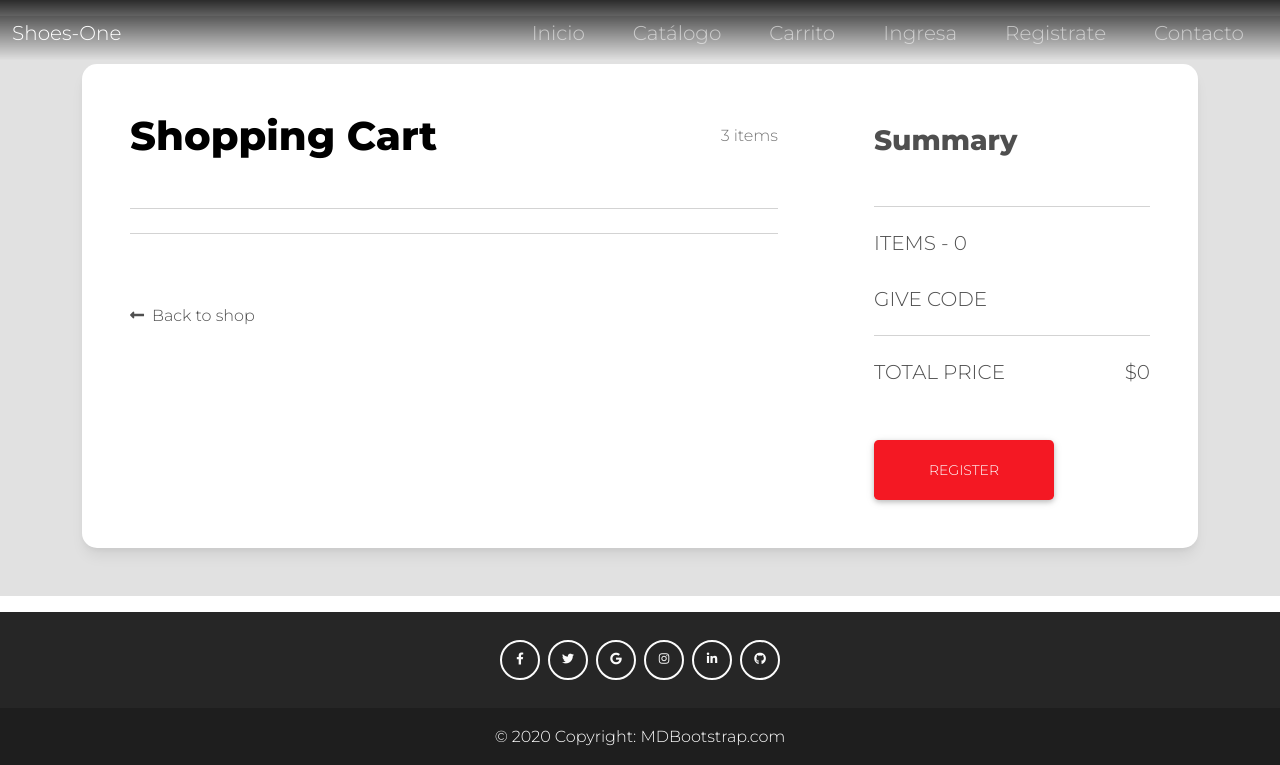
Repository: iCaaamz/Shoes-One-Final-Proyect-BIT
Page: /shoppinCard (app in shoes-one-a/)
These files come from the project's save history. The page is drawn as it stood at one moment and after the next save; the edit follows.
The browser window is 1280 px wide. The pictures show the whole page.
The project was rebuilt for these pictures with package versions that can differ from the ones it lists, and the page was loaded fresh each time. Also part of the build but not shown: shoes-one-a/angular.json, shoes-one-a/src/app/components/catalog/catalog1/catalog1.component.ts, shoes-one-a/src/app/components/catalog/catalog2/catalog2.component.ts, shoes-one-a/src/app/components/contact/contact.component.ts, shoes-one-a/src/app/components/home/home.component.ts, shoes-one-a/src/app/components/landing/landing.component.ts, shoes-one-a/src/app/components/login/login.component.ts, shoes-one-a/src/app/components/product-info/product-info.component.ts and 2 more.

Above is the page before, as saved 2022-03-15 21:33:35.

### shoes-one-a/src/index.html
<!doctype html>
<html lang="en">
<head>
  <meta charset="utf-8">
  <title>ShoesOneA</title>
  <base href="/">
  <meta name="viewport" content="width=device-width, initial-scale=1">
  <link rel="icon" type="image/x-icon" href="favicon.ico">
  <!-- Font Awesome -->
<link
href="https://cdnjs.cloudflare.com/ajax/libs/font-awesome/5.15.1/css/all.min.css"
rel="stylesheet"
/>
<!-- Google Fonts -->
<link
href="https://fonts.googleapis.com/css?family=Roboto:300,400,500,700&display=swap"
rel="stylesheet"
/>
<!-- MDB -->
<link
href="https://cdnjs.cloudflare.com/ajax/libs/mdb-ui-kit/3.10.2/mdb.min.css"
rel="stylesheet"
/>
<link rel="preconnect" href="https://fonts.googleapis.com">
<link rel="preconnect" href="https://fonts.gstatic.com" crossorigin>
<link href="https://fonts.googleapis.com/css2?family=Montserrat:wght@300;800&display=swap" rel="stylesheet">
<!-- OWLCAROUSEL2 -->
<link rel="stylesheet" href="assets/owlcarousel/owl.carousel.min.css">
<link rel="stylesheet" href="assets/owlcarousel/owl.theme.default.min.css">
</head>
<body>

  <app-root></app-root>






<!-- MDB -->
<script
type="text/javascript"
src="https://cdnjs.cloudflare.com/ajax/libs/mdb-ui-kit/3.10.2/mdb.min.js"
></script>
<!-- owlcarrousel -->
<script src="assets/owlcarousel/jquery.min.js"></script>
<script src="assets/owlcarousel/owl.carousel.min.js"></script>

</body>
</html>

### shoes-one-a/src/app/app.module.ts
import { NgModule } from '@angular/core';
import { BrowserModule } from '@angular/platform-browser';
import { FormsModule } from '@angular/forms';
import { HttpClientModule } from '@angular/common/http';
import { AppRoutingModule } from './app-routing.module';
import { AppComponent } from './app.component';
import { NavbarComponent } from './components/navbar/navbar.component';
import { LandingComponent } from './components/landing/landing.component';
import { LoginComponent } from './components/login/login.component';
import { RegisterComponent } from './components/register/register.component';
import { HomeComponent } from './components/home/home.component';
import { Catalog1Component } from './components/catalog/catalog1/catalog1.component';

import { ShoppinCardComponent } from './components/shoppin-card/shoppin-card.component';
import { ContactComponent } from './components/contact/contact.component';
import { Catalog2Component } from './components/catalog/catalog2/catalog2.component';
import { ProductInfoComponent } from './components/product-info/product-info.component';
import { ProfileComponent } from './components/profile/profile.component';
import { FooterComponent } from './components/footer/footer.component';



@NgModule({
  declarations: [
    AppComponent,
    NavbarComponent,
    LandingComponent,
    LoginComponent,
    RegisterComponent,
    HomeComponent,
    Catalog1Component,

    ShoppinCardComponent,
    ContactComponent,
    Catalog2Component,
    ProductInfoComponent,
    ProfileComponent,
    FooterComponent,



  ],
  imports: [
    BrowserModule,
    AppRoutingModule,
    FormsModule,
    HttpClientModule
  ],
  providers: [],
  bootstrap: [AppComponent]
})
export class AppModule { }

### shoes-one-a/src/environments/environment.ts
// This file can be replaced during build by using the `fileReplacements` array.
// `ng build` replaces `environment.ts` with `environment.prod.ts`.
// The list of file replacements can be found in `angular.json`.

export const environment = {
  production: false,
  API_URL: 'http://localhost:5000/api'
};

/*
 * For easier debugging in development mode, you can import the following file
 * to ignore zone related error stack frames such as `zone.run`, `zoneDelegate.invokeTask`.
 *
 * This import should be commented out in production mode because it will have a negative impact
 * on performance if an error is thrown.
 */
// import 'zone.js/plugins/zone-error';  // Included with Angular CLI.

### shoes-one-a/src/app/app-routing.module.ts
import { NgModule } from '@angular/core';
import { RouterModule, Routes } from '@angular/router';

import { Catalog1Component } from './components/catalog/catalog1/catalog1.component';
import { Catalog2Component } from './components/catalog/catalog2/catalog2.component';
import { ContactComponent } from './components/contact/contact.component';
import { HomeComponent } from './components/home/home.component';
import { LandingComponent } from './components/landing/landing.component';
import { LoginComponent } from './components/login/login.component';
import { ProductInfoComponent } from './components/product-info/product-info.component';
import { ProfileComponent } from './components/profile/profile.component';
import { RegisterComponent } from './components/register/register.component';
import { ShoppinCardComponent } from './components/shoppin-card/shoppin-card.component';

const routes: Routes = [
  {path: 'landing', component: LandingComponent},
  {path: 'login', component: LoginComponent},
  {path: 'register', component: RegisterComponent},
  {path: 'home', component: HomeComponent},
  {path: 'catalog1', component: Catalog1Component},
  {path: 'shoppinCard', component: ShoppinCardComponent},
  {path: 'catalog2', component: Catalog2Component},
  {path: 'productInfo', component: ProductInfoComponent},
  {path: 'profile',component: ProfileComponent},
  {path: 'contact', component: ContactComponent},

  { path: '', redirectTo: '/landing', pathMatch: 'full'}


];

@NgModule({
  imports: [RouterModule.forRoot(routes)],
  exports: [RouterModule]
})
export class AppRoutingModule { }

### shoes-one-a/src/app/app.component.ts
import { Component } from '@angular/core';

@Component({
  selector: 'app-root',
  templateUrl: './app.component.html',
  styleUrls: ['./app.component.css']
})
export class AppComponent {
  title = 'shoes-one-a';
}

### shoes-one-a/src/app/components/navbar/navbar.component.ts
import { Component, OnInit } from '@angular/core';
import { UserService } from 'src/app/services/user.service';

@Component({
  selector: 'app-navbar',
  templateUrl: './navbar.component.html',
  styleUrls: ['./navbar.component.css']
})
export class NavbarComponent implements OnInit {

  constructor(public userservice: UserService) { }

  ngOnInit(): void {
  }






}

### shoes-one-a/src/app/components/shoppin-card/shoppin-card.component.ts
import { Component, OnInit } from '@angular/core';
import { ProductsService } from 'src/app/services/products.service';

@Component({
  selector: 'app-shoppin-card',
  templateUrl: './shoppin-card.component.html',
  styleUrls: ['./shoppin-card.component.css']
})
export class ShoppinCardComponent implements OnInit {

  constructor(public productService: ProductsService) {

   }

  ngOnInit(): void {
    this.productService.selectedProduct.shoppingCart = JSON.parse(localStorage.getItem('productsAdded') || '[]')
    console.log(this.productService.selectedProduct.shoppingCart)
  }

  priceSum(array: any){
    let total = 0
    for(let product of array) total += product.price
    return total
  }

}

### shoes-one-a/src/app/components/navbar/navbar.component.html
<div class="bg-color">
  <!--BARRA DE NAVEGACION INICIO-->
  <header>
    <nav
      class="navbar navbar-expand-lg navbar-dark bg-navbar fixed-top shadow-0"
    >
      <div class="container-fluid">
        <a class="navbar-brand" href="#">Shoes-One</a>
        <button
          class="navbar-toggler"
          type="button"
          data-mdb-toggle="collapse"
          data-mdb-target="#navbarNavAltMarkup"
          aria-controls="navbarNavAltMarkup"
          aria-expanded="false"
          aria-label="Toggle navigation"
        >
          <i class="fas fa-bars"></i>
        </button>
        <div class="collapse navbar-collapse" id="navbarNavAltMarkup">
          <div class="navbar-nav w-50 ms-auto d-flex justify-content-end">
            <div class="login-container d-flex" *ngIf="userservice.loggedIn()">
              <div class="btn-group shadow-0">
                <button
                  type="button"
                  class="btn btn-danger dropdown-toggle my-2"
                  data-mdb-toggle="dropdown"
                  aria-expanded="false"
                  style="height: 35px"
                >
                  Tu cuenta
                </button>
                <ul class="dropdown-menu">
                  <li><a class="dropdown-item" href="/profile">Mi perfil</a></li>
                  <li><a class="dropdown-item" href="#">Mis compras</a></li>
                  <li>
                    <a class="dropdown-item" href="#">Carrito de compras</a>
                  </li>
                  <li><hr class="dropdown-divider" /></li>
                  <li>
                    <a
                      class="dropdown-item"
                      href="/login"
                      (click)="userservice.logOut()"
                      >Cerrar sesion</a
                    >
                  </li>
                </ul>
              </div>

              <p class="username-text nav-link mx-3 fs-4 d-flex justify-content-start" href="">
                <strong class="user-text d-flex"
                  >Hola!&nbsp;<div>{{ userservice.getDataFromToken().username }}</div></strong
                >
              </p>
            </div>
            <a class="nav-link mx-3 fs-5" href="/home">Inicio</a>
            <a class="nav-link mx-3 fs-5" href="/catalog1">Catálogo</a>
            <a class="nav-link mx-3 fs-5" href="/shoppinCard">Carrito</a>
            <div
              class="register-container d-flex"
              *ngIf="!userservice.loggedIn()"
            >
              <a class="nav-link mx-3 fs-5" href="/login">Ingresa</a>
              <a class="nav-link mx-3 fs-5" href="/register">Registrate</a>
            </div>
            <a class="nav-link mx-3 fs-5" href="/contact">Contacto</a>
          </div>
        </div>
      </div>
    </nav>
  </header>
</div>

### shoes-one-a/src/app/components/navbar/navbar.component.css
@media (max-width: 600px) {

	.navbar{
        position: static;
    }

  .btn{
    width: 166px;
    }
  .login-container{
    display: flex;
    flex-direction: column;
    justify-content: start;

  }

  .register-container{
    display: flex;
    flex-direction: column;
  }


  .user-text{
    flex-direction: column;
  }
}

### shoes-one-a/src/app/services/user.service.ts
import { Injectable } from '@angular/core';
import { User } from '../models/usermodel';
import {HttpClient} from '@angular/common/http';
import { environment } from 'src/environments/environment';
import { Router } from '@angular/router';
import jwtDecode from 'jwt-decode'


@Injectable({
  providedIn: 'root'
})
export class UserService {

  selectedUser: User

  url_api= `${environment.API_URL}/user`

  constructor(private http: HttpClient, private router: Router) {
    this.selectedUser = new User
   }

   register(formUser: any){
    return this.http.post(`${this.url_api}/create-user`, formUser)
  }

  login(credentials: any){
    return this.http.post(`${this.url_api}/login`, credentials)
  }

  loggedIn(){
    return localStorage.getItem('token') ? true : false
  }
  getToken(){
    return localStorage.getItem('token')
  }

  getDataFromToken() :any {
    const token = this.getToken()
    const decoded = jwtDecode(token ? token : "Error in token")
    return decoded
  }

  logOut(){
    localStorage.removeItem('token')
    this.router.navigate(['/login'])
  }


}

### shoes-one-a/src/app/services/products.service.ts
import { Injectable } from '@angular/core';
import { Product } from '../models/productmodel';
import { HttpClient } from '@angular/common/http';
import { environment } from 'src/environments/environment';
import { Router } from '@angular/router';

@Injectable({
  providedIn: 'root'
})
export class ProductsService {

  selectedProduct: any

  url_api= `${environment.API_URL}/products`


  constructor(private http: HttpClient, private router: Router) {
    this.selectedProduct = new Product()
  }

  getProducts(){
    return this.http.get(`${this.url_api}/get-products`)
  }
}

### shoes-one-a/src/app/components/shoppin-card/shoppin-card.component.html
<section class="h-100 h-custom my-3" style="background-color: #e1e1e1">
  <div class="container py-5 h-100">
    <div class="row d-flex justify-content-center align-items-center h-100">
      <div class="col-12">
        <div
          class="card card-registration card-registration-2"
          style="border-radius: 15px"
        >
          <div class="card-body p-0">
            <div class="row g-0">
              <div class="col-lg-8">
                <div class="p-5">
                  <div
                    class="d-flex justify-content-between align-items-center mb-5"
                  >
                    <h1 class="fw-bold mb-0 text-black">Shopping Cart</h1>
                    <h6 class="mb-0 text-muted">3 items</h6>
                  </div>
                  <hr class="my-4" />

                  <div
                    class="row mb-4 d-flex justify-content-between align-items-center"
                    *ngFor="let product of productService.selectedProduct.shoppingCart"
                  >
                    <div class="col-md-2 col-lg-2 col-xl-2">
                      <img
                        src="{{product.image}}"
                        class="img-fluid rounded-3"
                        alt="Cotton T-shirt"
                      />
                    </div>
                    <div class="col-md-3 col-lg-3 col-xl-3">
                      <h6 class="text-muted">{{product.name}}</h6>
                      <h6 class="text-black mb-0">{{product.description}}</h6>
                    </div>
                    <div class="col-md-3 col-lg-3 col-xl-2 d-flex">
                      <button
                        class="btn btn-link px-2"
                        onclick="this.parentNode.querySelector('input[type=number]').stepDown()"
                      >
                        <i class="fas fa-minus"></i>
                      </button>

                      <input
                        id="form1"
                        min="0"
                        name="quantity"
                        value="1"
                        type="number"
                        class="form-control form-control-sm"
                      />

                      <button
                        class="btn btn-link px-2"
                        onclick="this.parentNode.querySelector('input[type=number]').stepUp()"
                      >
                        <i class="fas fa-plus"></i>
                      </button>
                    </div>
                    <div class="col-md-3 col-lg-2 col-xl-2 offset-lg-1">
                      <h6 class="mb-0">${{product.price}}</h6>
                    </div>
                    <div class="col-md-1 col-lg-1 col-xl-1 text-end">
                      <a href="#!" class="text-muted"
                        ><i class="fas fa-times"></i
                      ></a>
                    </div>
                  </div>


                  <hr class="my-4" />

                  <div class="pt-5">
                    <h6 class="mb-0">
                      <a href="#!" class="text-body"
                        ><i class="fas fa-long-arrow-alt-left me-2"></i>Back to
                        shop</a
                      >
                    </h6>
                  </div>
                </div>
              </div>
              <div class="col-lg-4 bg-grey">
                <div class="p-5">
                  <h3 class="fw-bold mb-5 mt-2 pt-1">Summary</h3>
                  <hr class="my-4" />

                  <div class="d-flex justify-content-between mb-4">
                    <h5 class="text-uppercase"> Items - {{productService.selectedProduct.shoppingCart.length}}</h5>

                  </div>

                  <h5 class="text-uppercase mb-3">Give code</h5>


                  <hr class="my-4" />

                  <div class="d-flex justify-content-between mb-5">
                    <h5 class="text-uppercase">Total price</h5>
                    <h5>${{priceSum(productService.selectedProduct.shoppingCart)}}</h5>
                  </div>

                  <button
                    type="button "
                    class="btn btn-dark btn-block btn-lg btn-color"
                    data-mdb-ripple-color="btn "
                  >
                    Register
                  </button>
                </div>
              </div>
            </div>
          </div>
        </div>
      </div>
    </div>
  </div>
</section>

### shoes-one-a/src/app/components/shoppin-card/shoppin-card.component.css


.btn-color{
   background-color: #f41823;
}

.card-section{
   height: 900px;
   width: 100%;
}

.section-color{
   background-color: #e1e1e1;
}

### shoes-one-a/src/app/components/footer/footer.component.html
<div >
    <footer class="bg-dark text-center text-white">
        <!-- Grid container -->
        <div class="container p-4 pb-0">
          <!-- Section: Social media -->
          <section class="mb-4">
            <!-- Facebook -->
            <a class="btn btn-outline-light btn-floating m-1" href="#!" role="button"
              ><i class="fab fa-facebook-f"></i
            ></a>

            <!-- Twitter -->
            <a class="btn btn-outline-light btn-floating m-1" href="#!" role="button"
              ><i class="fab fa-twitter"></i
            ></a>

            <!-- Google -->
            <a class="btn btn-outline-light btn-floating m-1" href="#!" role="button"
              ><i class="fab fa-google"></i
            ></a>

            <!-- Instagram -->
            <a class="btn btn-outline-light btn-floating m-1" href="#!" role="button"
              ><i class="fab fa-instagram"></i
            ></a>

            <!-- Linkedin -->
            <a class="btn btn-outline-light btn-floating m-1" href="#!" role="button"
              ><i class="fab fa-linkedin-in"></i
            ></a>

            <!-- Github -->
            <a class="btn btn-outline-light btn-floating m-1" href="#!" role="button"
              ><i class="fab fa-github"></i
            ></a>
          </section>
          <!-- Section: Social media -->
        </div>
        <!-- Grid container -->

        <!-- Copyright -->
        <div class="text-center p-3" style="background-color: rgba(0, 0, 0, 0.2);">
          © 2020 Copyright:
          <a class="text-white" href="https://mdbootstrap.com/">MDBootstrap.com</a>
        </div>
        <!-- Copyright -->
      </footer>
</div>

### shoes-one-a/src/app/components/footer/footer.component.css
.btn{
    width: 40px;
    height: 40px;
}

### shoes-one-a/src/app/models/usermodel.ts
export class User{
    _id: string;
    username:string;
    email:string
    password:string;
    confirmPassword;
    permissions:any;
    islogged:boolean;


    constructor(
        _id="",
        username="",
        email="",
        password="",
        confirmPassword="",
        permissions={},
        islogged=false
    ){
        this._id=_id,
        this.username=username,
        this.email=email,
        this.password=password,
        this.confirmPassword=confirmPassword,
        this.permissions=permissions,
        this.islogged=islogged
    }


}

### shoes-one-a/src/app/models/productmodel.ts
export class Product{
    _id:string;
    price:number;
    availableElemnts: number;
    description: string;
    image: string;
    shoppingCart: any

    constructor(
        _id="",
        price=0,
        availableElemnts= 0,
        description= "",
        image="",
        shoppingCart= []

    ){
       this._id=_id,
       this.price=price,
       this.availableElemnts=availableElemnts,
       this.description=description,
       this.image=image
       this.shoppingCart = shoppingCart
    }

}

Loaded but not shown: shoes-one-a/src/main.ts (common file); shoes-one-a/src/app/components/footer/footer.component.ts (common file); shoes-one-a/src/app/app.component.html (common file); shoes-one-a/src/assets/owlcarousel/owl.carousel.min.css (library); shoes-one-a/src/assets/owlcarousel/owl.theme.default.min.css (common file); shoes-one-a/src/assets/owlcarousel/jquery.min.js (library); shoes-one-a/src/assets/owlcarousel/owl.carousel.min.js (library); shoes-one-a/src/styles.css (330 lines, source omitted); shoes-one-a/src/app/app.component.css (no stored copy; drawn as an empty file)

After the next save:
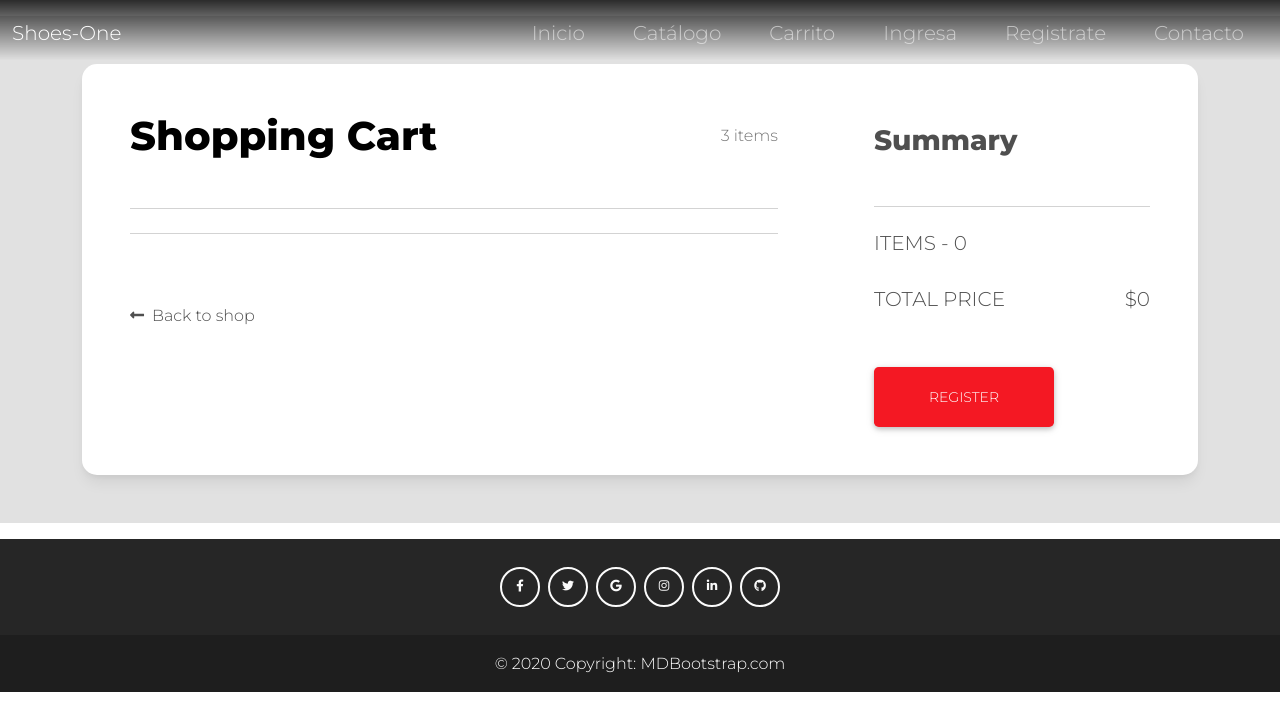
Saved 11 s later.
--- a/shoes-one-a/src/app/components/shoppin-card/shoppin-card.component.html
+++ b/shoes-one-a/src/app/components/shoppin-card/shoppin-card.component.html
@@ -90,10 +90,7 @@
 
                   </div>
 
-                  <h5 class="text-uppercase mb-3">Give code</h5>
 
-
-                  <hr class="my-4" />
 
                   <div class="d-flex justify-content-between mb-5">
                     <h5 class="text-uppercase">Total price</h5>
